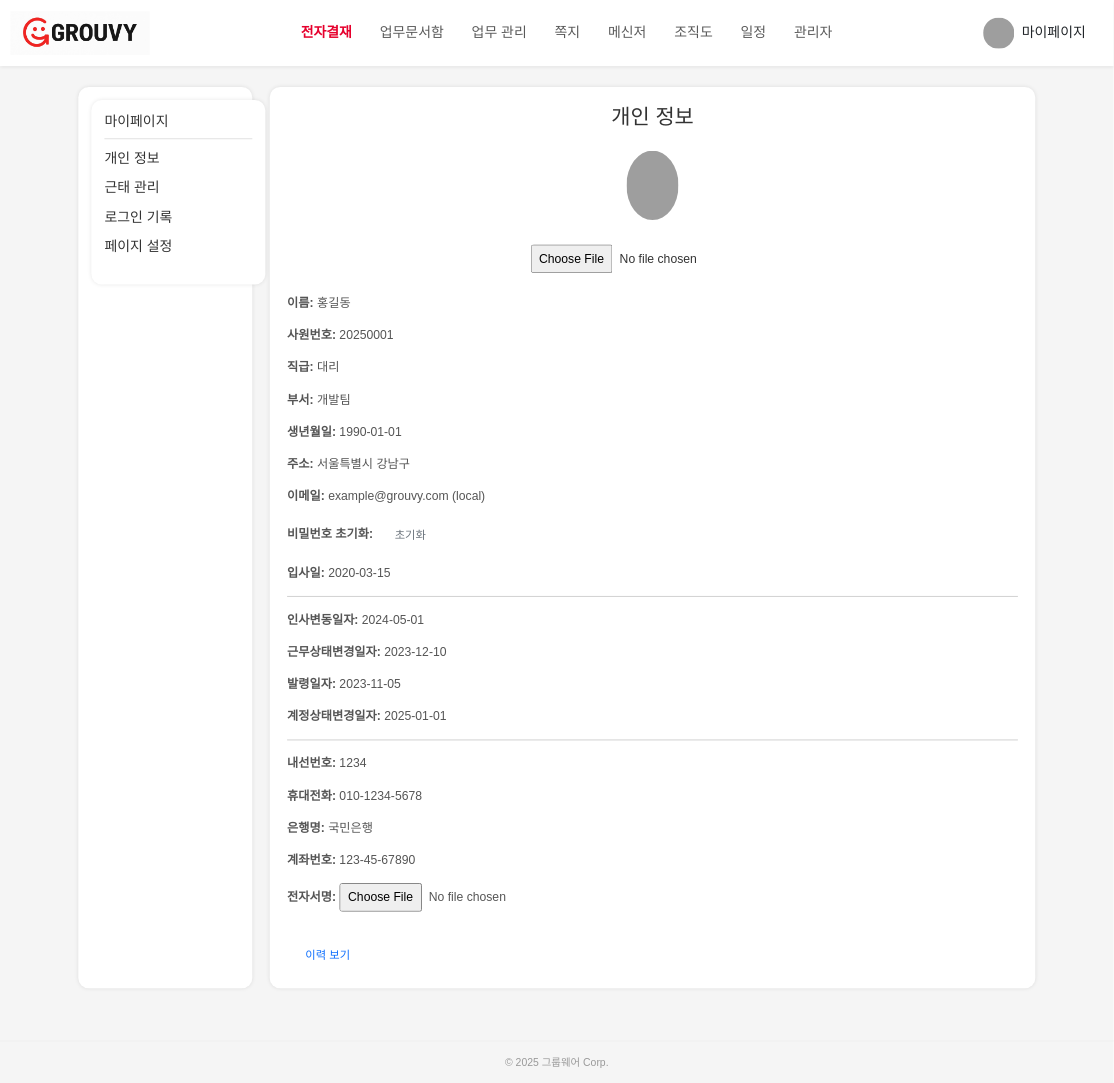
Repository: hyunbin7664/web-java-workspace
Page: groupware/src/main/webapp/mypage_profile.html
These files come from the project's save history. The page is drawn as it stood at one moment and after the next save; the edit follows.
The browser window is 1280 px wide. The pictures show the whole page, at 87% of full size.
Pictures or frames that could not be fetched are drawn as grey boxes.

Above is the page before, as saved 2025-07-08 07:40:39.

After the next save:
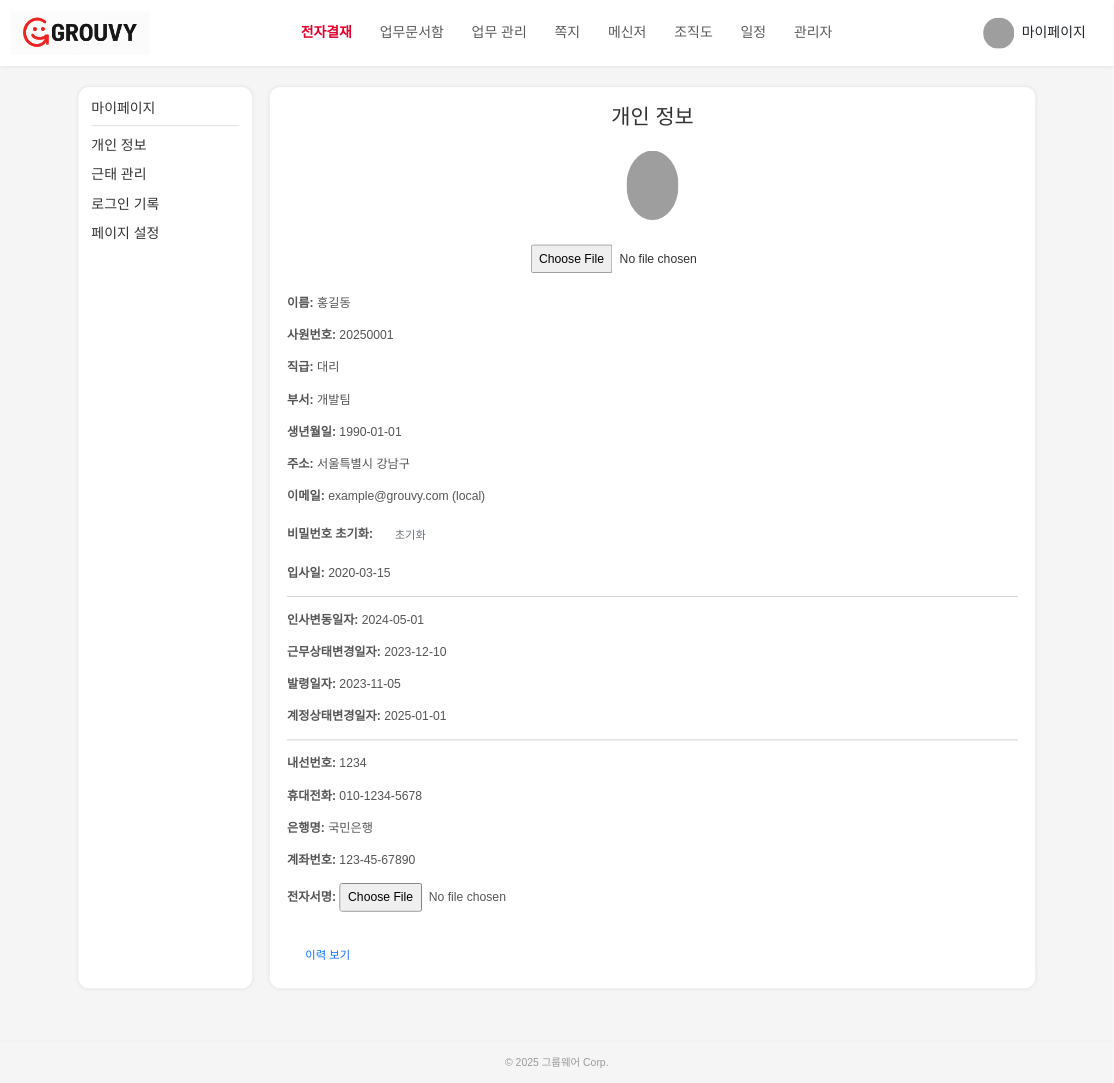
Saved 41 s later.
--- a/groupware/src/main/webapp/mypage_profile.html
+++ b/groupware/src/main/webapp/mypage_profile.html
@@ -175,17 +175,15 @@ footer {
 
 	<main>
 		<div class="container">
+			<!-- 좌측 nav -->
 			<div class="sidebar">
-				<!-- 좌측 nav -->
-				<div class="sidebar">
-					<h3>마이페이지</h3>
-					<ul>
-						<li><a href="mypage_profile.html">개인 정보</a></li>
-						<li><a href="mypage_attendance.html">근태 관리</a></li>
-						<li><a href="mypage_loginlog.html">로그인 기록</a></li>
-						<li><a href="mypage_settings.html">페이지 설정</a></li>
-					</ul>
-				</div>
+				<h3>마이페이지</h3>
+				<ul>
+					<li><a href="mypage_profile.html">개인 정보</a></li>
+					<li><a href="mypage_attendance.html">근태 관리</a></li>
+					<li><a href="mypage_loginlog.html">로그인 기록</a></li>
+					<li><a href="mypage_settings.html">페이지 설정</a></li>
+				</ul>
 			</div>
 
 			<!-- 기능 페이지 -->
